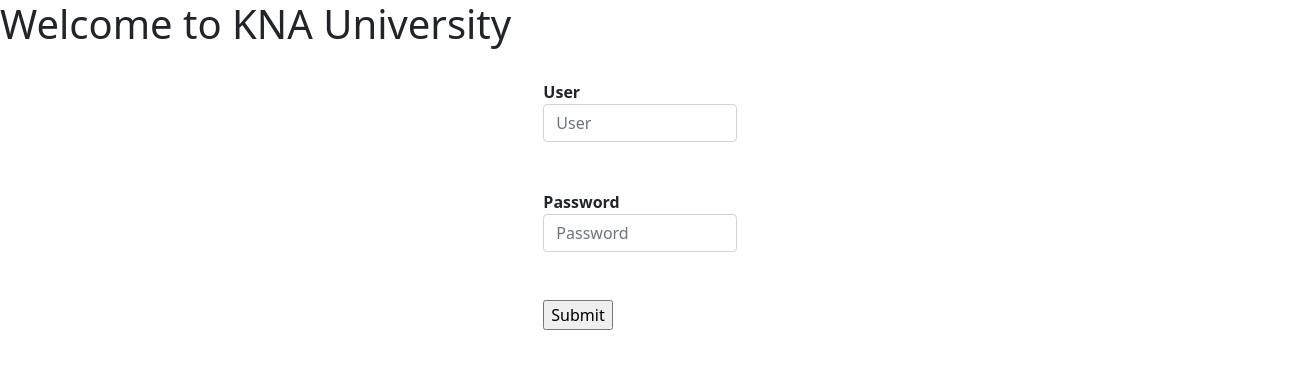
Repository: kavine24/CS490-Python-LMS
Page: html/index.html
An editor plug-in stored every save of this project. The page is shown before and after the next save, followed by the edit.
The browser window is 1280 px wide. The page is 1292 px wide, so the pictures cover 1292 px, including what lies to the right of the window. The pictures show the whole page.

Above is the page before, as saved 2022-04-03 18:11:34.

### html/index.html
<!DOCTYPE html>
<html>
  <head>
    <title>CS 490 Testing Center</title>
    <!--<link rel="stylesheet" href="style.css">-->

    <link href="https://cdn.jsdelivr.net/npm/bootstrap@5.1.3/dist/css/bootstrap.min.css" rel="stylesheet" integrity="sha384-1BmE4kWBq78iYhFldvKuhfTAU6auU8tT94WrHftjDbrCEXSU1oBoqyl2QvZ6jIW3" crossorigin="anonymous">
  </head>
  <body>
    <h1 id="indexLog">Welcome to KNA University</h1><br>
    <div class="row align-items-center justify-content-center">
      <div class="col-2 align-self-center" id="divForm">
        <form id="myForm" onsubmit="submitLogin()">

          <div class="form-group" >
            <strong>User</strong><br>
            <input  class="form-control" type="text" id="user" name="user" placeholder="User" required><br>
          </div>
          <br>

          <div class="form-group" >
            <strong>Password</strong><br>
            <input class="form-control" type="password" id="pass" name="pass" placeholder="Password" required><br>
          </div>
          <br>

          <input id="submit" type="submit" placeholder="Submit" class="submit"></input>

        </form>
      </div>
    </div>

    <script>

      const form = document.getElementById("myForm");
      function handleForm(event) { event.preventDefault(); }
      form.addEventListener('submit', handleForm);

      let attemptMade = false;

      function submitLogin(){

        var user = document.getElementById('user').value;
        var pass = document.getElementById('pass').value;
        var requestType = 'LoginRequestFTM';

        const data = {user, pass, requestType};

        const options = {
          method:'POST',
          headers: {
              "Content-type": "application/json; charset=UTF-8"
          },
          body: JSON.stringify(data)
        };

        fetch('http://cs490testcenter.ddns.net:50000/portal/frontBrowser.php', options)
        .then(response =>  response.json())
        .then(data => {
          if (data.loginType === "0") {
            location.assign('http://cs490testcenter.ddns.net:50000/portal/s/Home.php');
          } else if (data.loginType === "1") {
            location.assign('http://cs490testcenter.ddns.net:50000/portal/t/Home.php');
          } else {
            if (!attemptMade) {
              const newContent = document.createTextNode("BAD LOGIN CREDENTIALS");

              const curr = document.getElementById("submit");
              document.getElementById("myForm").insertBefore(newContent, curr);
              document.getElementById("myForm").insertBefore(document.createElement("br"), curr);
              attemptMade = true;
            }
          }
        })
        .catch((error) => {
          console.error('Error:', error);
        });

      };

    </script>
  </body>
</html>

After the next save:
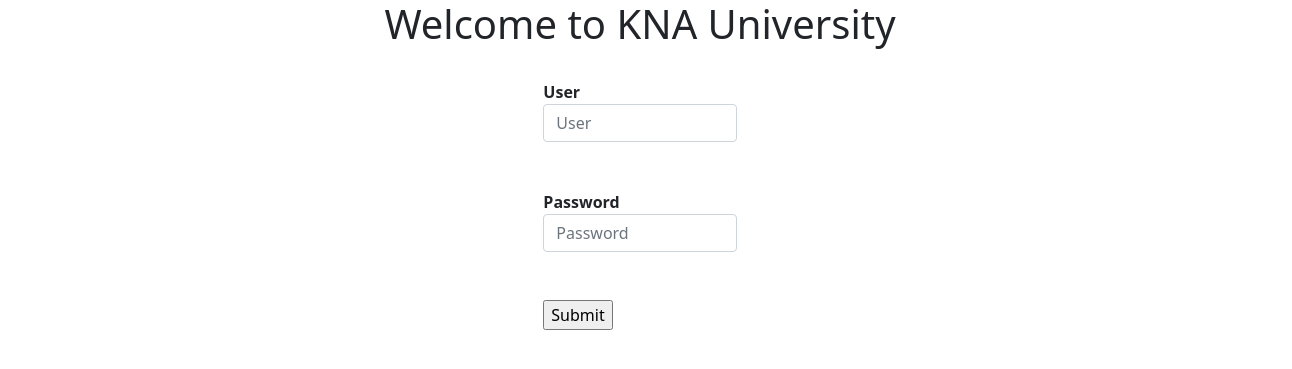
Saved 37 s later.
--- a/html/index.html
+++ b/html/index.html
@@ -7,7 +7,7 @@
     <link href="https://cdn.jsdelivr.net/npm/bootstrap@5.1.3/dist/css/bootstrap.min.css" rel="stylesheet" integrity="sha384-1BmE4kWBq78iYhFldvKuhfTAU6auU8tT94WrHftjDbrCEXSU1oBoqyl2QvZ6jIW3" crossorigin="anonymous">
   </head>
   <body>
-    <h1 id="indexLog">Welcome to KNA University</h1><br>
+    <h1 class="text-center" id="indexLog">Welcome to KNA University</h1><br>
     <div class="row align-items-center justify-content-center">
       <div class="col-2 align-self-center" id="divForm">
         <form id="myForm" onsubmit="submitLogin()">
